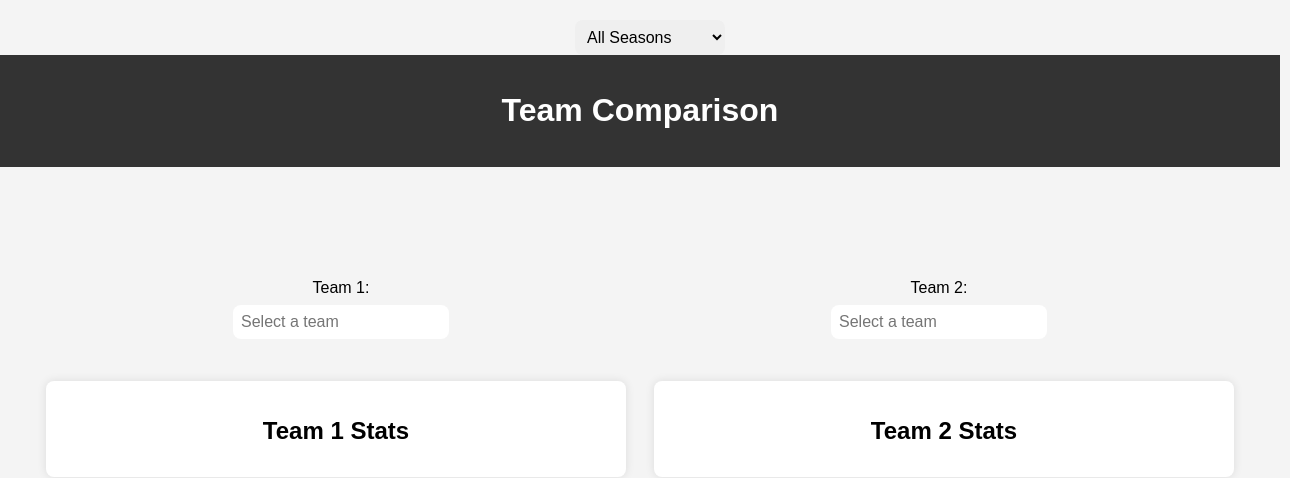
Repository: Enzo-py/dataviz-project-m1
Page: stat_page.html
An editor plug-in stored every save of this project. The page is shown before and after a run of saves, followed by the edit.
The browser window is 1280 px wide. The page is 1290 px wide, so the pictures cover 1290 px, including what lies to the right of the window. The pictures show the whole page.
Some web fonts or font styles are not loaded; a fallback is used.

Above is the page before, as saved 2024-12-12 15:46:16.

After the next 2 saves:
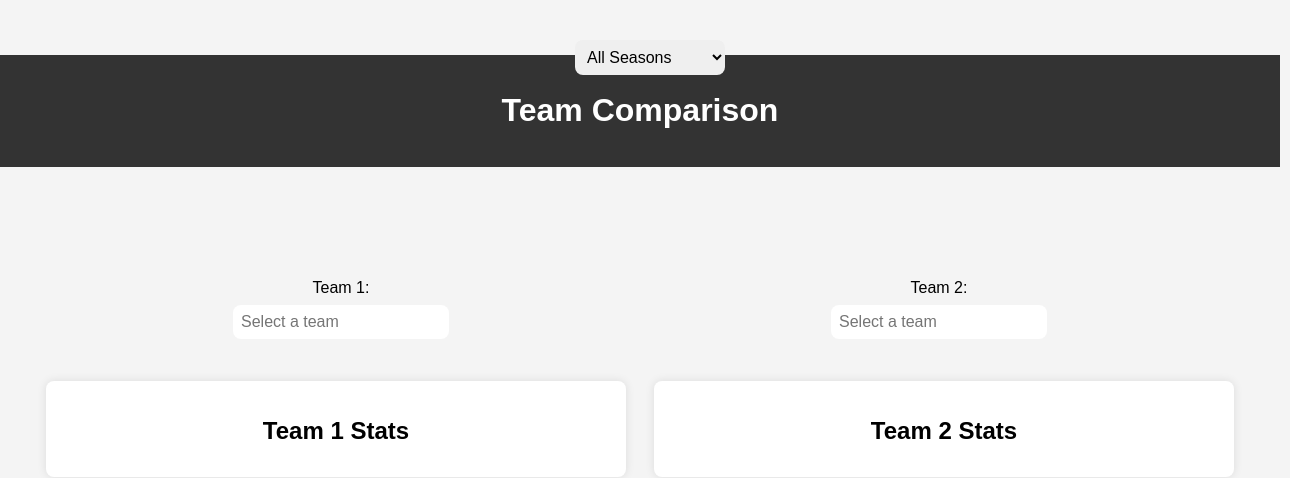
The 2 saves are shown as one change because they came seconds apart.
The last was saved 5 s later.
--- a/style_stat_page.css
+++ b/style_stat_page.css
@@ -49,7 +49,7 @@ div.team-selection {
 
 .season {
     position: relative;
-    top: 10px;
+    top: 30px;
     left: 10px;
     background-color: var(--background-color);
     border: solid 2px var(--secondary-color);
